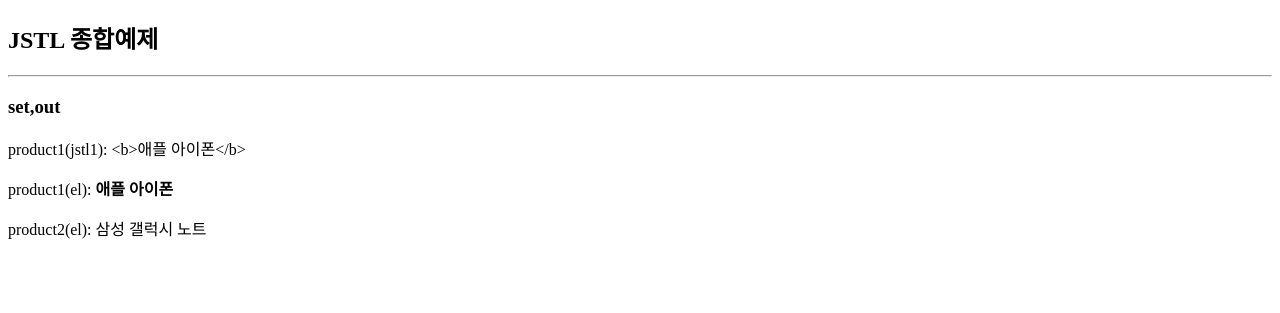
Repository: heezzanggg/JSPWebProgramming
Page: http://localhost/jwbook/ch07/jstlExam.jsp
An editor plug-in stored every save of this project. The page is shown before and after the next save, followed by the edit.
The browser window is 1280 px wide. The pictures show the whole page.
The page is served by Tomcat 9.

Above is the page before, as saved 2023-03-27 18:19:19.

After the next save:
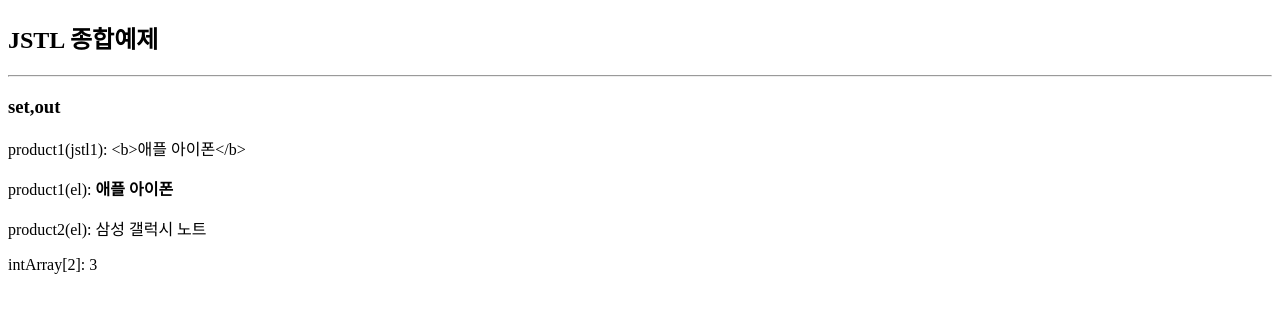
Saved 28 s later.
--- a/JSPWebProgramming/jwbook/src/main/webapp/ch07/jstlExam.jsp
+++ b/JSPWebProgramming/jwbook/src/main/webapp/ch07/jstlExam.jsp
@@ -23,5 +23,6 @@
 	</p>
 	<p>product1(el): ${product1}</p>
 	<p>product2(el): ${product2}</p>
+	<p>intArray[2]: ${intArray[2] }
 </body>
 </html>
